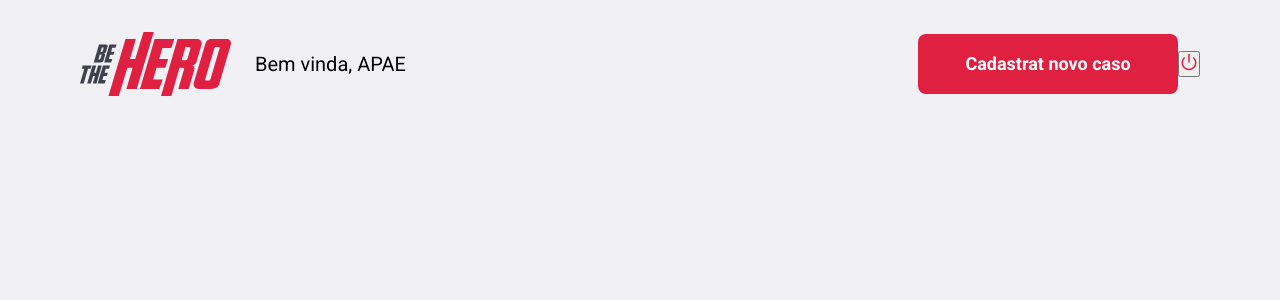
Repository: lucas-silva-dev/be-the-hero
Page: /profile (app in frontend/)
An editor plug-in stored every save of this project. The page is shown before and after the next save, followed by the edit.
The browser window is 1280 px wide. The pictures show the whole page.
The project was rebuilt for these pictures with package versions that can differ from the ones it lists, and the page was loaded fresh each time. Also part of the build but not shown: frontend/src/pages/Logon/styles.css, frontend/src/pages/Logon/index.js, frontend/src/pages/Register/styles.css, frontend/src/pages/Register/index.js.

Above is the page before, as saved 2020-03-25 23:29:00.

After the next save:
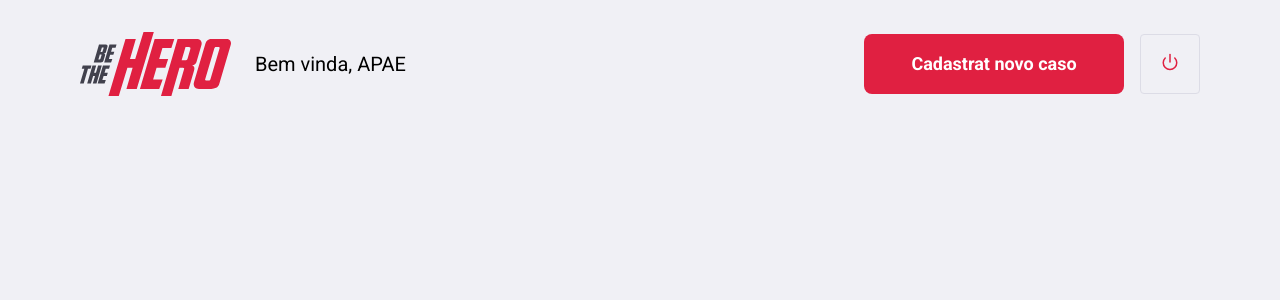
Saved 78 s later.
--- a/frontend/src/pages/Profile/styles.css
+++ b/frontend/src/pages/Profile/styles.css
@@ -24,3 +24,12 @@
   margin-left: auto;
   margin-top: 0;
 }
+
+.profile-container header button {
+  height: 60px;
+  width: 60px;
+  border-radius: 4px;
+  border: 1px solid #dcdce6;
+  background: transparent;
+  margin-left: 16px;
+}
